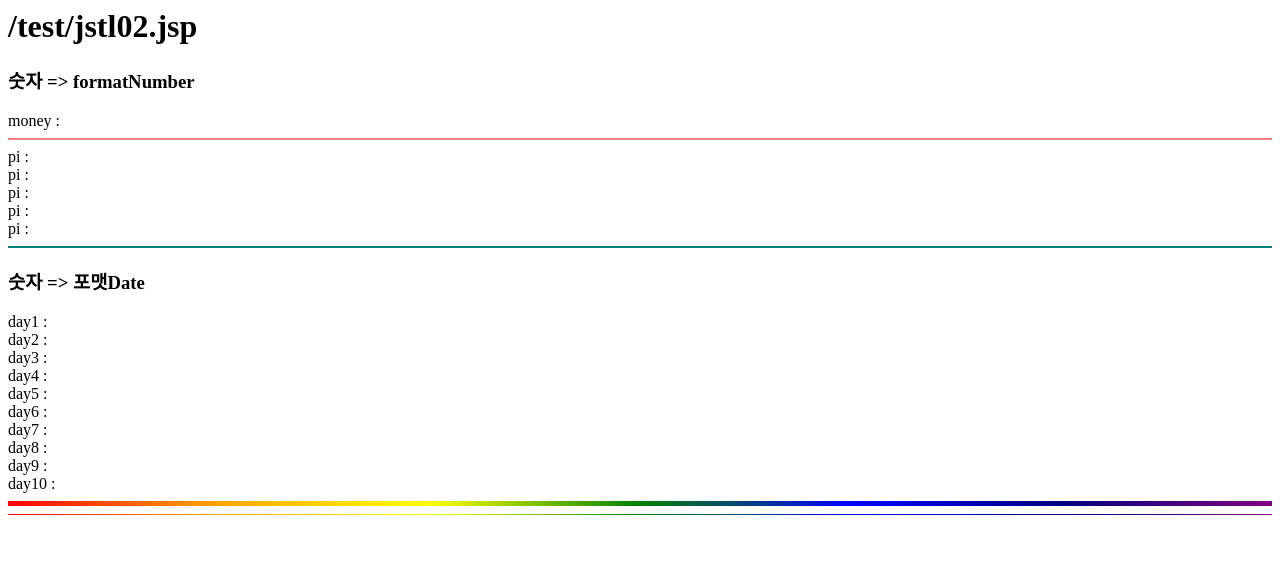
Repository: khsik/Woori-Computer-Academy
Page: http://localhost/mvc/WEB-INF/views/test/jstl02.jsp
An editor plug-in stored every save of this project. The page is shown before and after the next save, followed by the edit.
The browser window is 1280 px wide. The pictures show the whole page.
The page is served by Tomcat 9. Nobody is signed in. Other server files are loaded and not shown. The template is opened directly, without the code that normally fills it, so the values that code supplies are empty.

Above is the page before, as saved 2024-05-13 07:32:20.

### mvc/src/main/webapp/WEB-INF/views/test/jstl02.jsp
<%@ page language="java" contentType="text/html; charset=UTF-8"
    pageEncoding="UTF-8"%>
<%@ taglib prefix="fmt" uri="http://java.sun.com/jsp/jstl/fmt" %>

<h1>/test/jstl02.jsp</h1>

<h3> 숫자 => formatNumber</h3>
money : <fmt:formatNumber value="${money}" type="currency" currencySymbol="\\"/>
<hr color="lightcoral">
pi : <fmt:formatNumber value="${pi}" type="percent" /> <br>
pi : <fmt:formatNumber value="${pi}" pattern=".0000" /> <br>
pi : <fmt:formatNumber value="${pi}" pattern=".0"/> <br>
pi : <fmt:formatNumber value="${pi}" pattern="##0.000000"/> <br>
pi : <fmt:formatNumber value="${pi}" pattern="000.00000"/>
<%--
0 : 빈자리면 0 출력
# : 빈자리면 출력안함
마지막 자리 반올림해서 나오는 것으로 보임.
--%>
<hr color="teal">

<h3>숫자 => 포맷Date</h3>
day1 : <fmt:formatDate value="${day}" /> <br>
day2 : <fmt:formatDate value="${day}" type="date"/> <br>
day3 : <fmt:formatDate value="${day}" type="both"/> <br>
day4 : <fmt:formatDate value="${day }" type="time" /> <br>
day5 : <fmt:formatDate value="${day }" type="time" timeStyle="full"/> <br>
day6 : <fmt:formatDate value="${day }" type="date" dateStyle="full"/> <br>
day7 : <fmt:formatDate value="${day }" type="date" dateStyle="long"/> <br>
day8 : <fmt:formatDate value="${day }" type="date" dateStyle="medium" /> <br>
day9 : <fmt:formatDate value="${day }" type="date" dateStyle="short" /> <br>
day10 : <fmt:formatDate value="${day }" type="date" dateStyle="default" /> <br>

<hr size="7px" style="border:0; background: linear-gradient(0.25turn, red, orange, yellow, green, blue, navy, purple);">
<hr size="3px" style="border:0; background: linear-gradient(0.25turn, red, orange, yellow, green, blue, navy, purple);">

After the next save:
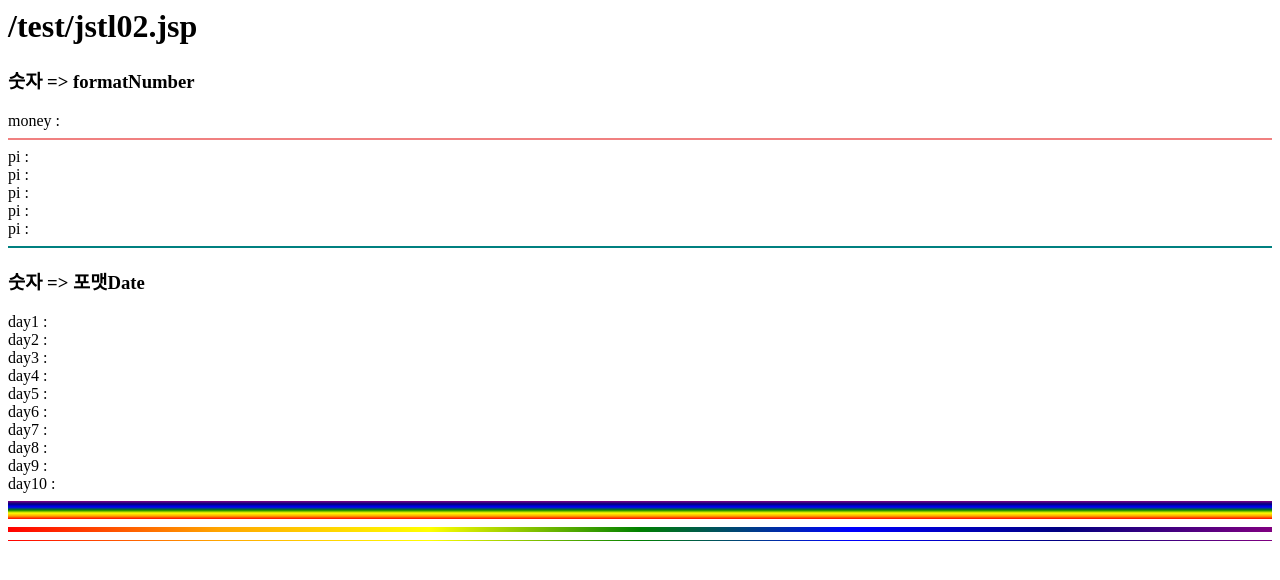
Saved 30 s later.
--- a/mvc/src/main/webapp/WEB-INF/views/test/jstl02.jsp
+++ b/mvc/src/main/webapp/WEB-INF/views/test/jstl02.jsp
@@ -31,5 +31,6 @@ day8 : <fmt:formatDate value="${day }" type="date" dateStyle="medium" /> <br>
 day9 : <fmt:formatDate value="${day }" type="date" dateStyle="short" /> <br>
 day10 : <fmt:formatDate value="${day }" type="date" dateStyle="default" /> <br>
 
+<hr size="20px" style="border:0; background: linear-gradient(0, red, orange, yellow, green, blue, navy, purple);">
 <hr size="7px" style="border:0; background: linear-gradient(0.25turn, red, orange, yellow, green, blue, navy, purple);">
 <hr size="3px" style="border:0; background: linear-gradient(0.25turn, red, orange, yellow, green, blue, navy, purple);">
